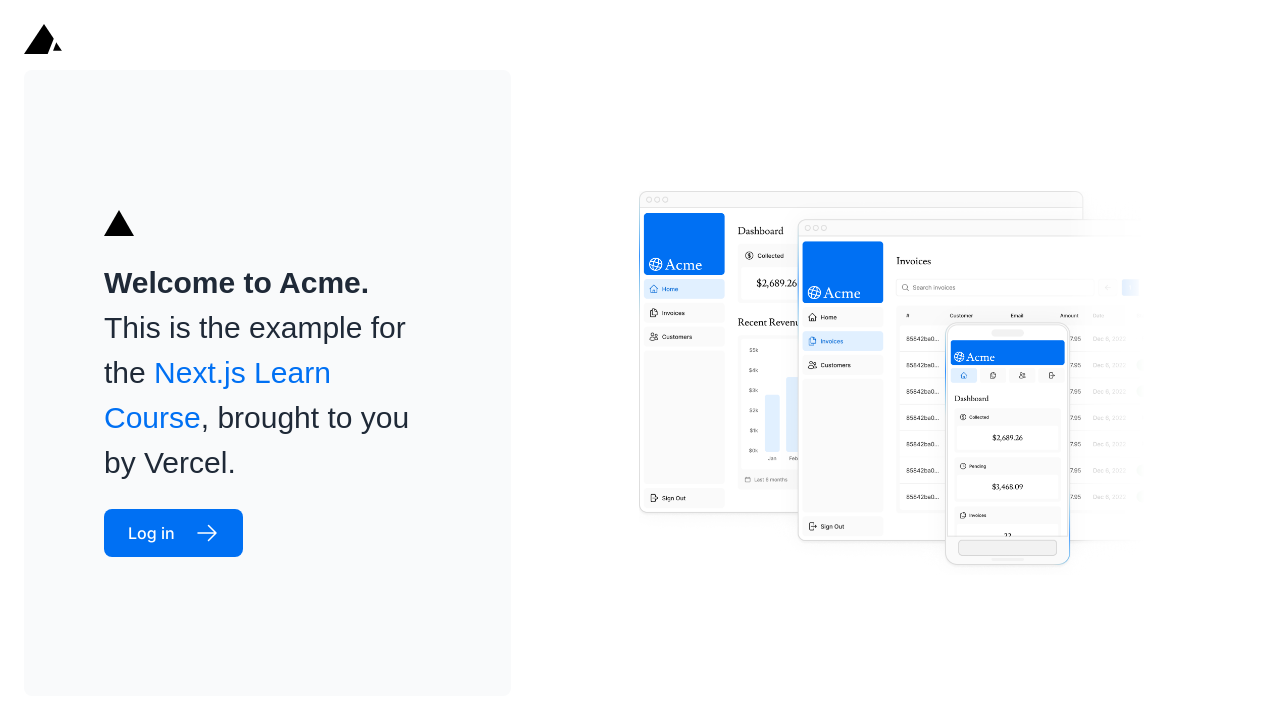
Repository: rlhardrock/NextJS
Page: /
These files come from the project's save history. The page is drawn as it stood at one moment and after a run of saves; the edit follows.
The browser window is 1280 px wide. The pictures show the whole page.
Some web fonts or font styles are not loaded; a fallback is used. The project was rebuilt for these pictures with package versions that can differ from the ones it lists, and the page was loaded fresh each time. The framework's server and built-in components were replaced by stand-ins that run in the browser. Also part of the build but not shown: next.config.ts.

Above is the page before, as saved 2024-12-15 20:34:38.

After the next 2 saves:
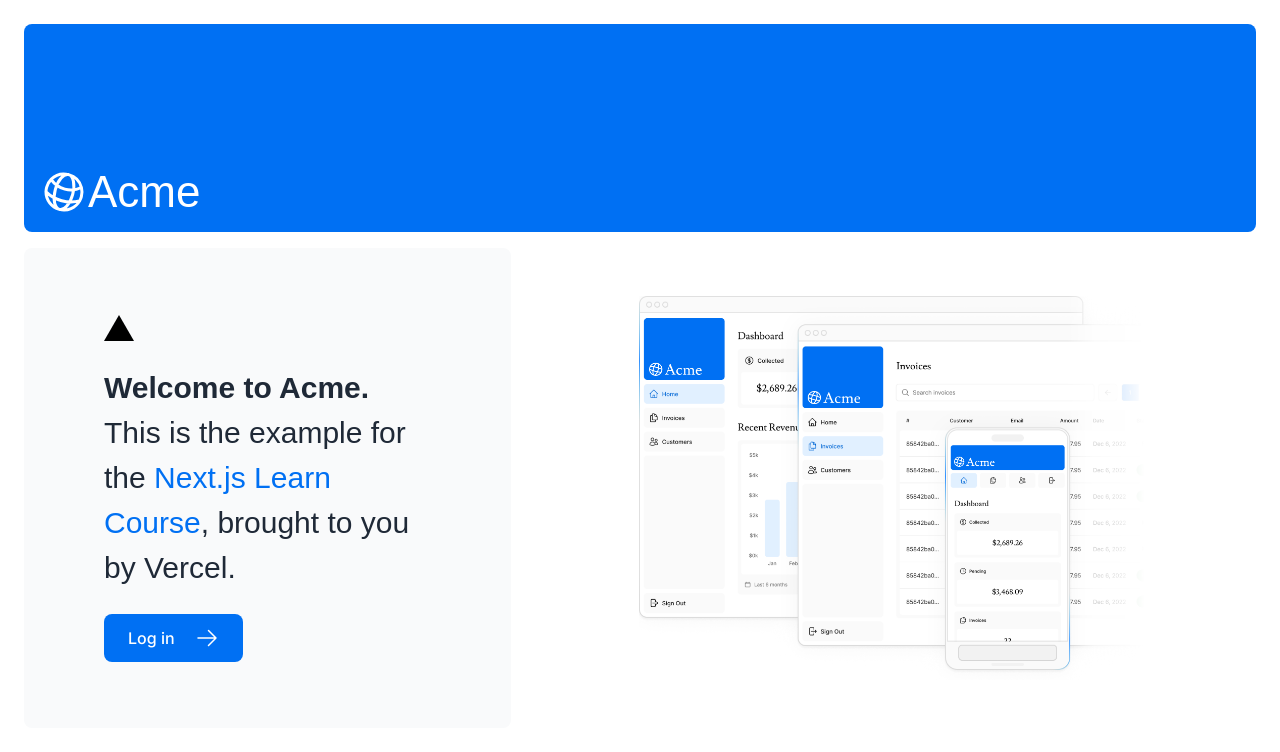
The 2 saves are shown as one change because 1 did not build or start.
The last was saved 2 min 17 s later.
--- a/app/page.tsx
+++ b/app/page.tsx
@@ -9,7 +9,8 @@
 export default function Page() {
   return (
     <main className="flex min-h-screen flex-col p-6">
-      <div className={styles.shape}>
+      {/* <div className={styles.shape}> */}
+      <div className="flex h-20 shrink-0 items-end rounded-lg bg-blue-500 p-4 md:h-52">
         {<AcmeLogo />}
       </div>
       <div className="mt-4 flex grow flex-col gap-4 md:flex-row">
